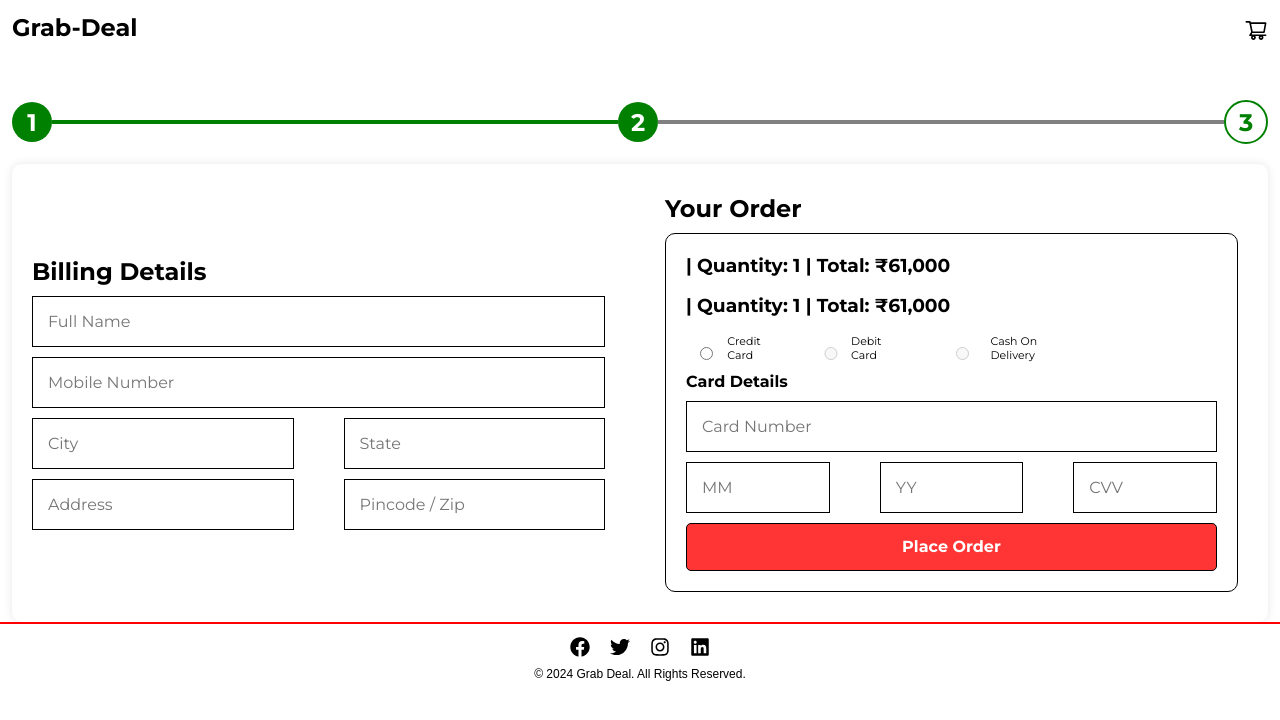
Repository: hlwsatyam/Iphone16Pro
Page: /CheckoutPage
An editor plug-in stored every save of this project. The page is shown before and after the next save, followed by the edit.
The browser window is 1280 px wide. The pictures show the whole page.
The project was rebuilt for these pictures with package versions that can differ from the ones it lists, and the page was loaded fresh each time. Also part of the build but not shown: src/hooks/useDocTitle.js, src/helpers/utils.js, src/components/filters/FilterBarOptions.js, src/components/filters/FilterBar.js, src/hooks/useActive.js, src/components/product/ProductCard.js, src/components/common/SectionsHead.js, src/components/common/Services.js and 19 more.

Above is the page before, as saved 2024-09-28 16:17:54.

After the next save:
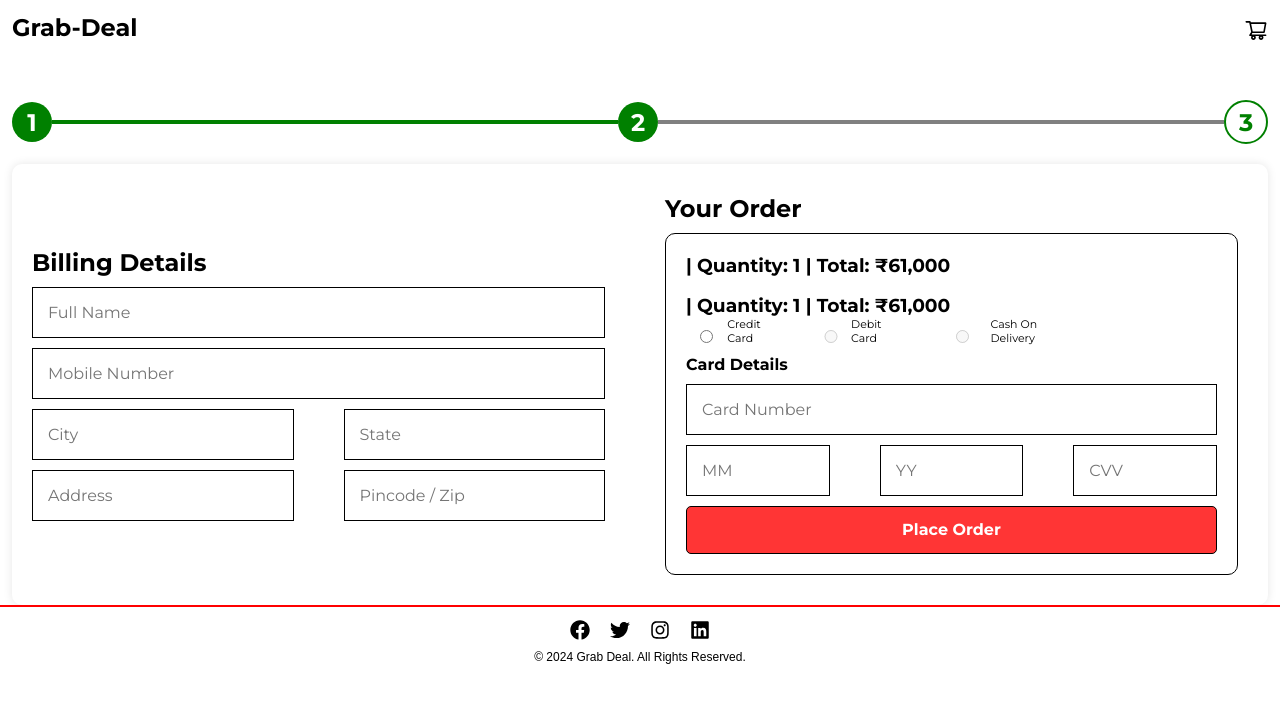
Saved 25 s later.
--- a/src/components/Extra/checkOutComp/LargeArea.jsx
+++ b/src/components/Extra/checkOutComp/LargeArea.jsx
@@ -190,7 +190,7 @@ function LargeArea() {
         <h2>Your Order</h2>
         <div className="right-container">
           <h3 className="qunt"> | Quantity: 1 | Total: ₹61,000 </h3>
-          <h3 className="qunt"> | Quantity: 1 | Total: ₹61,000 </h3>
+          <h3 className="qunt2"> | Quantity: 1 | Total: ₹61,000 </h3>
 
           <div className="card-selection">
             <p>
